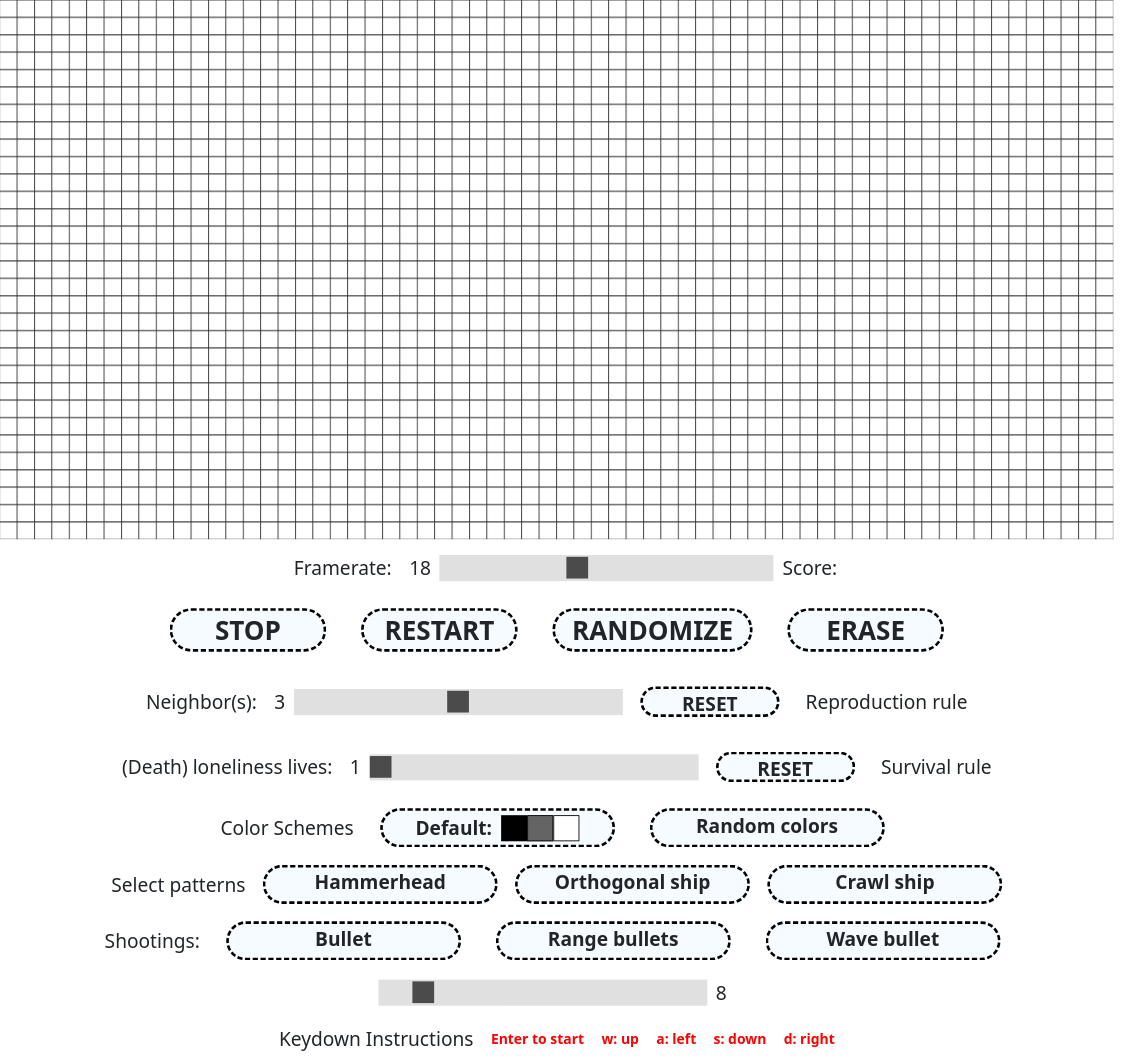
Repository: luckychxn123/game-of-life-22
Page: wef008.html
The author's editor kept a copy of each file at every save. The page is drawn from the files as they stood at one save, then again after the next save.
The browser window is 1280 px wide. The page is 1290 px wide, so the pictures cover 1290 px, including what lies to the right of the window. The pictures show the whole page, at 87% of full size.
Some web libraries are served in a nearby version.

Above is the page before, as saved 2022-08-21 10:56:44.

After the next save:
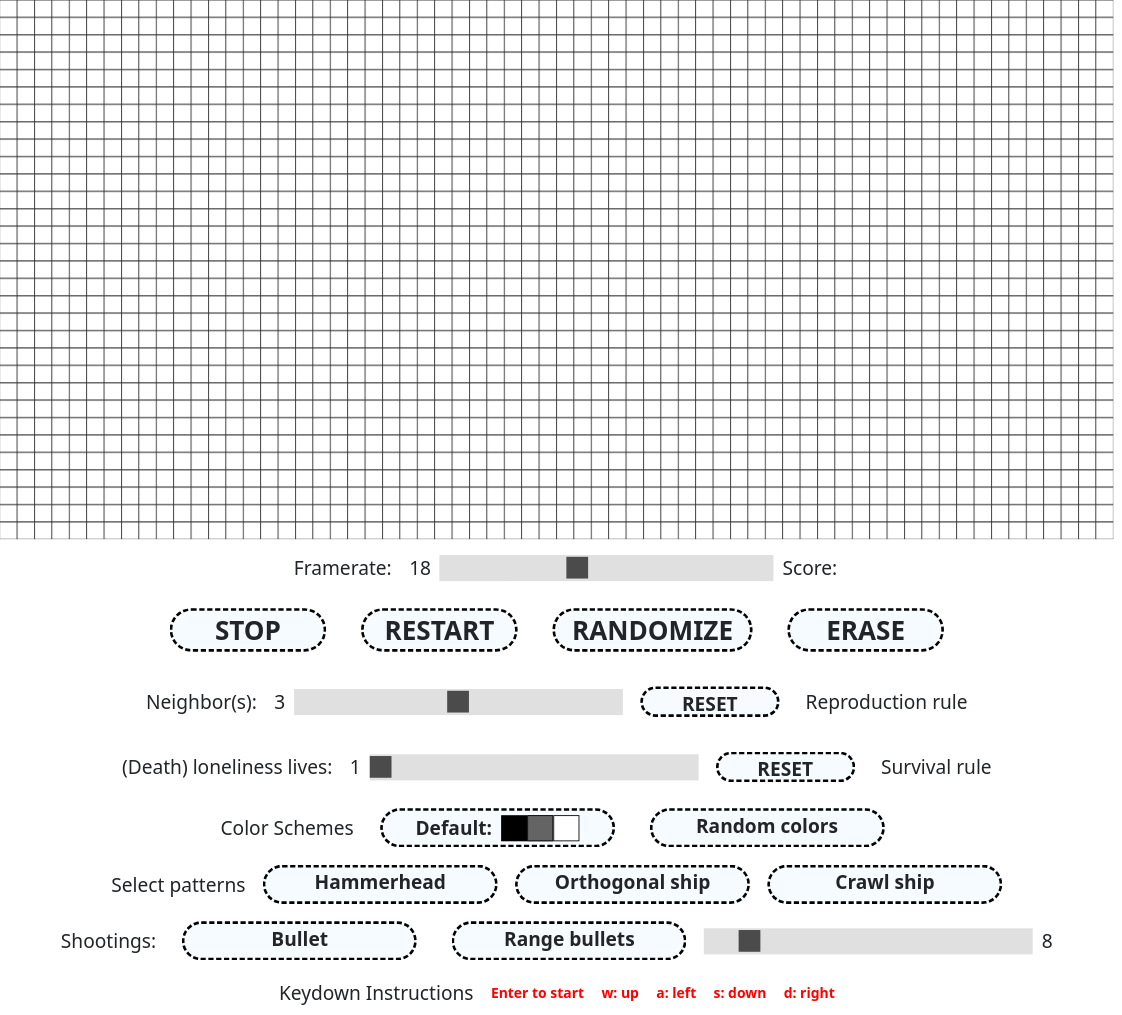
Saved 10 min 4 s later.
--- a/wef008.html
+++ b/wef008.html
@@ -60,7 +60,7 @@
             <p>Shootings:</p>
             <div>Bullet</div>
             <div>Range bullets</div>
-            <div>Wave bullet</div>
+            <!-- <div>Wave bullet</div> -->
             <input type="range" min="4" max="40" value="8" step="2" class="slider">
             <p class="value">8</p>
             <!-- <div></div> -->
